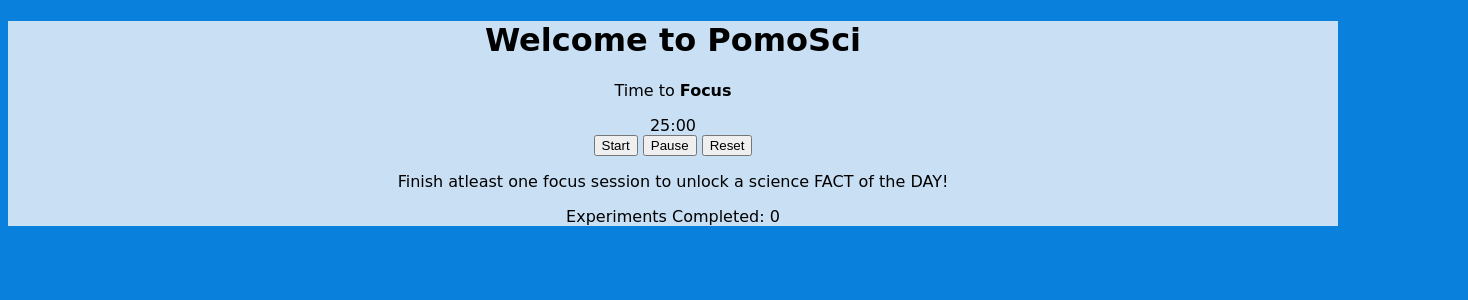
Repository: manayparikh1/Pomosci
Page: index.html
An editor plug-in stored every save of this project. The page is shown before and after the next save, followed by the edit.
The browser window is 1280 px wide. The page is 1338 px wide, then 1468 px, so the pictures cover 1468 px, including what lies to the right of the window. The pictures show the whole page.

Above is the page before, as saved 2026-11-13 13:13:38.

After the next save:
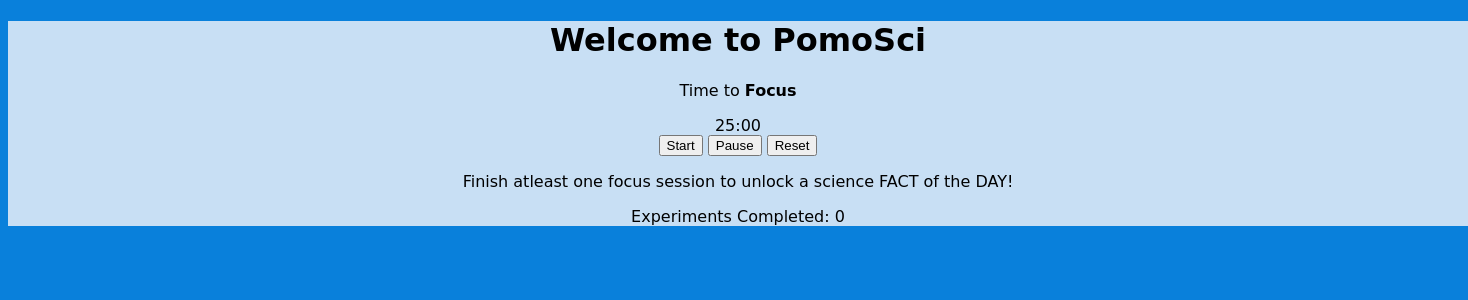
Saved 11 s later.
--- a/index.html
+++ b/index.html
@@ -41,5 +41,5 @@
 
                 .lab_sci {
                     background-color: rgb(200, 223, 244);
-                    width: 1330px;
+                    width: 1460px;
                 }
